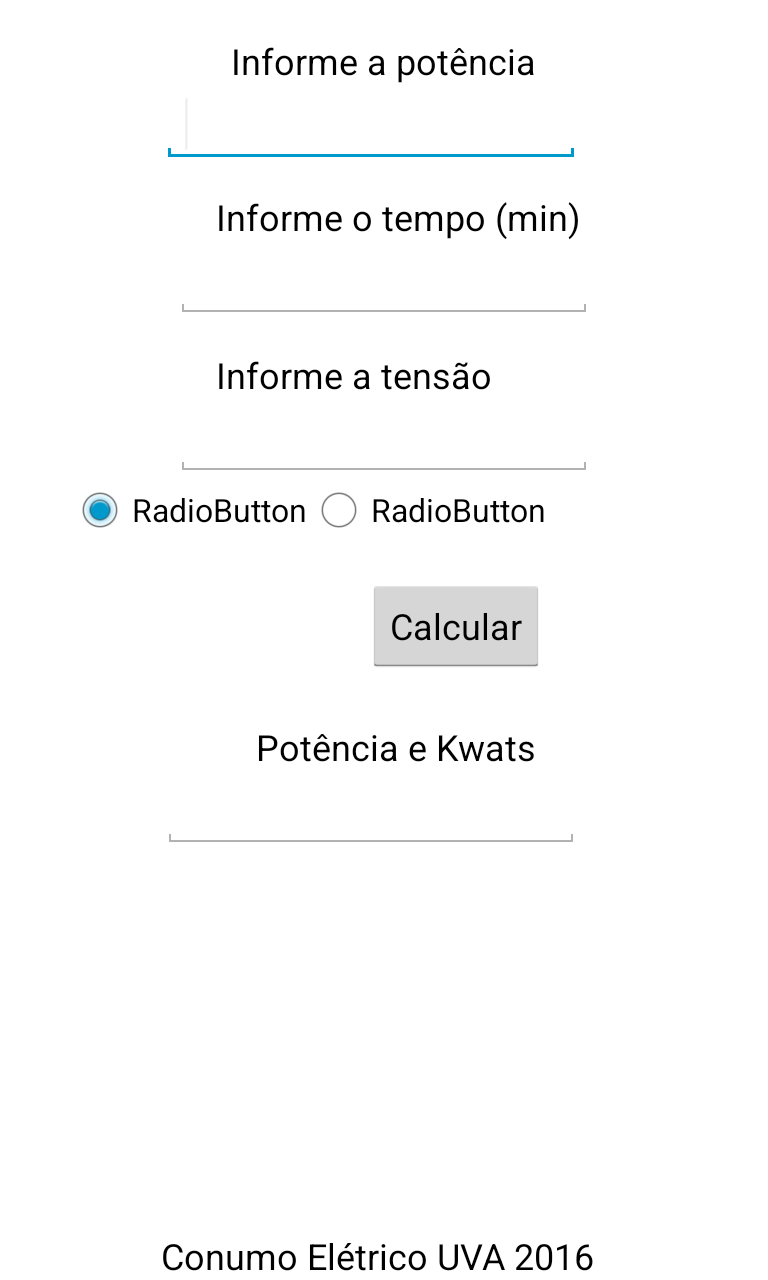
Repository: tsoarescruz/programacao_aplicativos
Layout: Projeto/Projeto_Eclipse/workspace/ConsumoElet/res/layout/activity_consumo_elet.xml
An editor plug-in stored every save of this project. The layout is shown before and after the next save, followed by the edit.
It is drawn on a 768 x 1280 px phone screen (xhdpi) without system bars, with theme AppTheme; the app's code is not run.

Above is the layout before, as saved 2016-11-14 03:12:08.

### Projeto/Projeto_Eclipse/workspace/ConsumoElet/res/layout/activity_consumo_elet.xml
<RelativeLayout xmlns:android="http://schemas.android.com/apk/res/android"
    xmlns:tools="http://schemas.android.com/tools"
    android:layout_width="match_parent"
    android:layout_height="match_parent"
    tools:context="${relativePackage}.${activityClass}" >

    <TextView
        android:id="@+id/textView2"
        android:layout_width="wrap_content"
        android:layout_height="wrap_content"
        android:layout_alignParentTop="true"
        android:layout_centerHorizontal="true"
        android:layout_marginTop="18dp"
        android:text="Informe a potência"
        android:textAppearance="?android:attr/textAppearanceMedium" />

    <EditText
        android:id="@+id/editText1"
        android:layout_width="wrap_content"
        android:layout_height="wrap_content"
        android:layout_alignLeft="@+id/textView1"
        android:layout_below="@+id/textView2"
        android:ems="10" >

        <requestFocus />
    </EditText>

    <EditText
        android:id="@+id/EditText01"
        android:layout_width="wrap_content"
        android:layout_height="wrap_content"
        android:layout_below="@+id/TextView01"
        android:layout_centerHorizontal="true"
        android:ems="10" />

    <RadioGroup
        android:id="@+id/radioGroup1"
        android:layout_width="wrap_content"
        android:layout_height="wrap_content"
        android:layout_alignLeft="@+id/EditText02"
        android:layout_below="@+id/EditText02" >
    </RadioGroup>

    <TextView
        android:id="@+id/TextView01"
        android:layout_width="wrap_content"
        android:layout_height="wrap_content"
        android:layout_alignRight="@+id/editText1"
        android:layout_below="@+id/editText1"
        android:layout_marginTop="14dp"
        android:text="Informe o tempo (min)"
        android:textAppearance="?android:attr/textAppearanceMedium" />

    <TextView
        android:id="@+id/TextView02"
        android:layout_width="wrap_content"
        android:layout_height="wrap_content"
        android:layout_alignLeft="@+id/TextView01"
        android:layout_below="@+id/EditText01"
        android:layout_marginTop="15dp"
        android:text="Informe a tensão"
        android:textAppearance="?android:attr/textAppearanceMedium" />

    <EditText
        android:id="@+id/EditText02"
        android:layout_width="wrap_content"
        android:layout_height="wrap_content"
        android:layout_alignLeft="@+id/EditText01"
        android:layout_below="@+id/TextView02"
        android:ems="10" />

    <TextView
        android:id="@+id/textView1"
        android:layout_width="wrap_content"
        android:layout_height="wrap_content"
        android:layout_alignParentBottom="true"
        android:layout_alignRight="@+id/EditText02"
        android:text="Conumo Elétrico UVA 2016"
        android:textAppearance="?android:attr/textAppearanceMedium" />

    <EditText
        android:id="@+id/editText2"
        android:layout_width="wrap_content"
        android:layout_height="wrap_content"
        android:layout_alignLeft="@+id/textView1"
        android:layout_below="@+id/TextView03"
        android:ems="10" />

    <TextView
        android:id="@+id/TextView03"
        android:layout_width="wrap_content"
        android:layout_height="wrap_content"
        android:layout_alignRight="@+id/textView2"
        android:layout_below="@+id/button1"
        android:layout_marginTop="24dp"
        android:text="Potência e Kwats"
        android:textAppearance="?android:attr/textAppearanceMedium" />

    <RadioGroup
        android:id="@+id/radioGroup2"
        android:layout_width="wrap_content"
        android:layout_height="wrap_content"
        android:layout_alignParentLeft="true"
        android:layout_alignTop="@+id/radioGroup1"
        android:layout_marginLeft="34dp"
        android:orientation="horizontal" >

        <RadioButton
            android:id="@+id/radio0"
            android:layout_width="wrap_content"
            android:layout_height="wrap_content"
            android:checked="true"
            android:text="RadioButton" />

        <RadioButton
            android:id="@+id/radio1"
            android:layout_width="wrap_content"
            android:layout_height="wrap_content"
            android:text="RadioButton" />
    </RadioGroup>

    <Button
        android:id="@+id/button1"
        android:layout_width="wrap_content"
        android:layout_height="wrap_content"
        android:layout_alignRight="@+id/radioGroup2"
        android:layout_below="@+id/radioGroup2"
        android:layout_marginTop="18dp"
        android:text="Calcular" />

</RelativeLayout>

Loaded but not shown: Projeto/Projeto_Eclipse/workspace/ConsumoElet/res/values/styles.xml (common file); Projeto/Projeto_Eclipse/workspace/ConsumoElet/res/values-v11/styles.xml (common file); Projeto/Projeto_Eclipse/workspace/ConsumoElet/res/values-v14/styles.xml (common file)

After the next save:
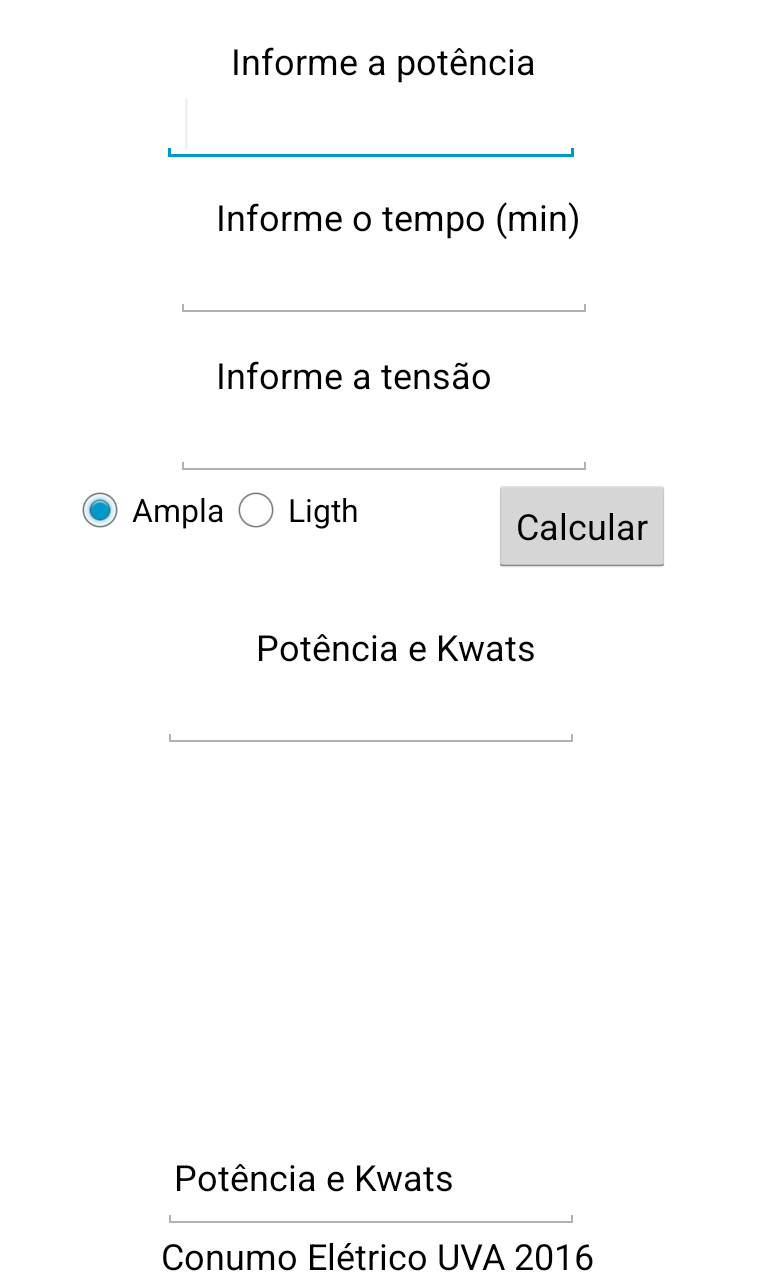
Saved 2 min 52 s later.
--- a/Projeto/Projeto_Eclipse/workspace/ConsumoElet/res/layout/activity_consumo_elet.xml
+++ b/Projeto/Projeto_Eclipse/workspace/ConsumoElet/res/layout/activity_consumo_elet.xml
@@ -78,14 +78,6 @@
         android:text="Conumo Elétrico UVA 2016"
         android:textAppearance="?android:attr/textAppearanceMedium" />
 
-    <EditText
-        android:id="@+id/editText2"
-        android:layout_width="wrap_content"
-        android:layout_height="wrap_content"
-        android:layout_alignLeft="@+id/textView1"
-        android:layout_below="@+id/TextView03"
-        android:ems="10" />
-
     <TextView
         android:id="@+id/TextView03"
         android:layout_width="wrap_content"
@@ -110,22 +102,46 @@
             android:layout_width="wrap_content"
             android:layout_height="wrap_content"
             android:checked="true"
-            android:text="RadioButton" />
+            android:text="Ampla" />
 
         <RadioButton
             android:id="@+id/radio1"
             android:layout_width="wrap_content"
             android:layout_height="wrap_content"
-            android:text="RadioButton" />
+            android:text="Ligth" />
     </RadioGroup>
+
+    <EditText
+        android:id="@+id/editText2"
+        android:layout_width="wrap_content"
+        android:layout_height="wrap_content"
+        android:layout_alignLeft="@+id/textView1"
+        android:layout_below="@+id/TextView03"
+        android:ems="10" />
+
+    <EditText
+        android:id="@+id/EditText03"
+        android:layout_width="wrap_content"
+        android:layout_height="wrap_content"
+        android:layout_above="@+id/textView1"
+        android:layout_alignLeft="@+id/textView1"
+        android:ems="10" />
+
+    <TextView
+        android:id="@+id/TextView04"
+        android:layout_width="wrap_content"
+        android:layout_height="wrap_content"
+        android:layout_alignTop="@+id/EditText03"
+        android:layout_toRightOf="@+id/radioGroup1"
+        android:text="Potência e Kwats"
+        android:textAppearance="?android:attr/textAppearanceMedium" />
 
     <Button
         android:id="@+id/button1"
         android:layout_width="wrap_content"
         android:layout_height="wrap_content"
-        android:layout_alignRight="@+id/radioGroup2"
-        android:layout_below="@+id/radioGroup2"
-        android:layout_marginTop="18dp"
+        android:layout_below="@+id/radioGroup1"
+        android:layout_toRightOf="@+id/TextView02"
         android:text="Calcular" />
 
 </RelativeLayout>
